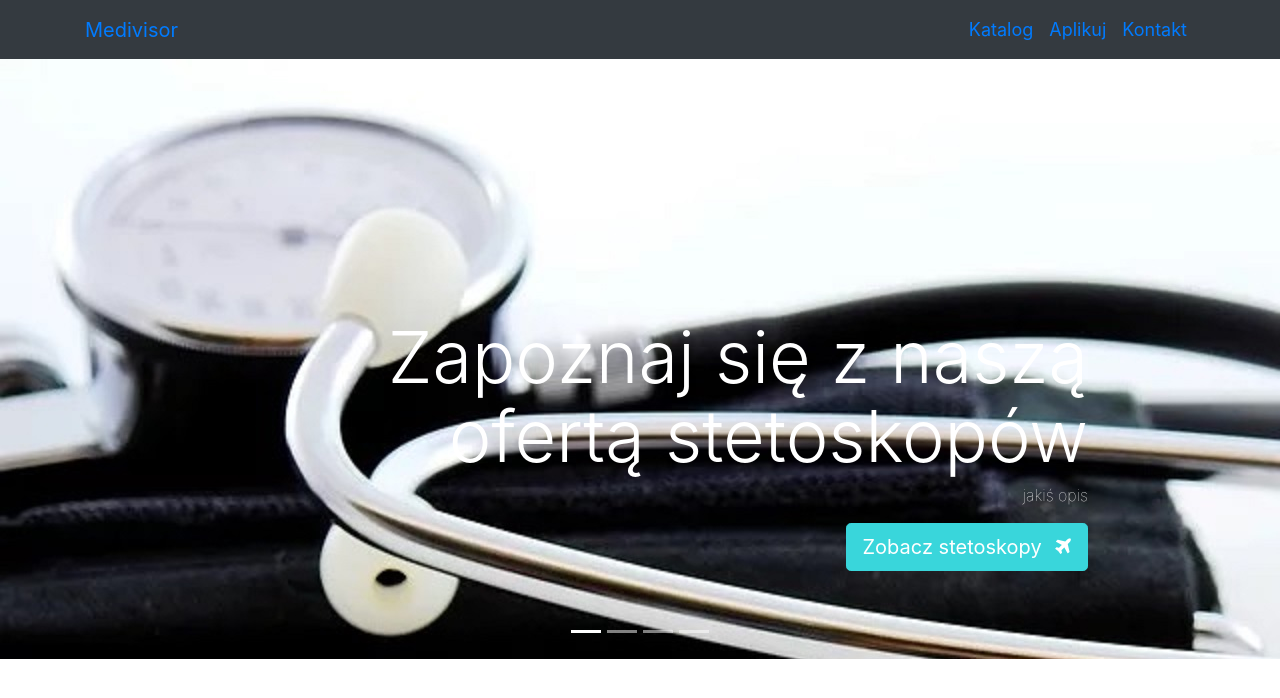
Repository: petrificustotalus/serwisy
Page: src/index.html
These files come from the project's save history. The page is drawn as it stood at one moment and after the next save; the edit follows.
The browser window is 1280 px wide. The pictures show the whole page.

Above is the page before, as saved 2020-05-07 16:33:52.

### src/index.html
<!DOCTYPE html>
<html class="no-js" lang="en">
    <head>
        <meta http-equiv="x-ua-compatible" content="ie=edge">
	    <meta name="viewport" content="width=device-width, initial-scale=1.0" />
        <link rel="stylesheet" href="css/font-awesome.min.css">
        <link rel="stylesheet" href="css/bootstrap.css">
        <link rel="stylesheet" href="css/style.css">
        <title>Medivisor</title>
    </head>

    <body>
        <nav class="navbar navbar-expand-sm navbar-primary bg-dark">
            <div class="container">
                <a href="index.html" class="navbar-brand">Medivisor</a>
                <button class="navbar-toggler" data-toggle="collapse" data-target="#navNavbar"><span class="navbar-toggler-icon"></span></button>
                <div class="collapse navbar-collapse" id="navbarNav">
                    <ul class="navbar-nav ml-auto">
                        <li class="nav-item active">
                            <a href="index.html" class="nav-link">Katalog</a>
                        </li>
                        <li class="nav-item">
                            <a href="flys.html" class="nav-link">Aplikuj</a>
                        </li>
                        <li class="nav-item">
                            <a href="company.html" class="nav-link">Kontakt</a>
                        </li>
                    </ul>
                </div>
            </div>
        </nav>

        <!--SHOWCASE SLIDER-->
        <section id="showcase">
            <div id="someCarousel" class="carousel slide">
                <ol class="carousel-indicators">
                    <li data-target="#someCarousel" data-slide-to="0" class="active"></li>
                    <li data-target="#someCarousel" data-slide-to="1"></li>
                    <li data-target="#someCarousel" data-slide-to="2"></li>
                    <li data-target="#someCarousel" data-slide-to="3"></li>
                </ol>
                <div class="carousel-inner">
                    <div class="carousel-item carousel-image-1 active">
                        <div class="container">
                            <div class="carousel-caption d-none d-sm-block text-right mb-5">
                                <h1 class="display-3">Zapoznaj się z naszą ofertą stetoskopów</h1>
                                <p>jakiś opis</p>
                                <a href="#" class="btn btn-primary btn-lg">Zobacz stetoskopy <i class="fa fa-plane ml-2"></i></a>
                            </div>
                        </div>
                    </div>

                    <div class="carousel-item carousel-image-2">
                        <div class="container">
                            <div class="carousel-caption d-none d-sm-block text-right mb-5">
                                <h1 class="display-3">Zapoznaj się z naszą ofertą ....</h1>
                                <p>jakiś opis</p>
                                <a href="#" class="btn btn-primary btn-lg">Przejdź do oferty <i class="fa fa-plane ml-2"></i></a>
                            </div>
                        </div>
                    </div>

                    <div class="carousel-item carousel-image-3">
                        <div class="container">
                            <div class="carousel-caption d-none d-sm-block text-right mb-5">
                                <h1 class="display-3">Nasza aparatuda do ...</h1>
                                <p>jakiś opis</p>
                                <a href="#" class="btn btn-primary btn-lg">I love it! <i class="fa fa-plane ml-2"></i></a>
                            </div>
                        </div>
                    </div>

                    <div class="carousel-item carousel-image-4">
                        <div class="container">
                            <div class="carousel-caption d-none d-sm-block text-right mb-5">
                                <h1 class="display-3">Coś jeszcze</h1>
                                <p>jakiś opis</p>
                                <a href="#" class="btn btn-primary btn-lg">Let's drink! <i class="fa fa-plane ml-2"></i></a>
                            </div>
                        </div>
                    </div>
                </div>
            </div>
        </section>

        <script src="js/jquery.min.js"></script>
        <script src="js/popper.min.js"></script>
        <script src="js/bootstrap.min.js"></script>
    </body>
</html>

### src/css/style.css
.navbar .nav-link {
  font-size: 18px;
  padding-left: 1em;
  padding-right: 1em; }

.carousel-item {
  height: 600px;
  width: cover; }

#showcase p {
  font-weight: 100;
  font-size: 30pxpx;
  text-shadow: 2px 2px 0 rgba(0, 0, 0, 0.1); }

.carousel-image-1 {
  background-image: url(../image/8.jpg); }

.carousel-image-2 {
  background-image: url(../image/8.jpg); }

.carousel-image-3 {
  background-image: url(../image/8.jpg); }

.carousel-image-4 {
  background-image: url(../image/8.jpg); }

Loaded but not shown: src/css/font-awesome.min.css (library); src/css/bootstrap.css (library); src/js/jquery.min.js (library); src/js/popper.min.js (library); src/js/bootstrap.min.js (library)

After the next save:
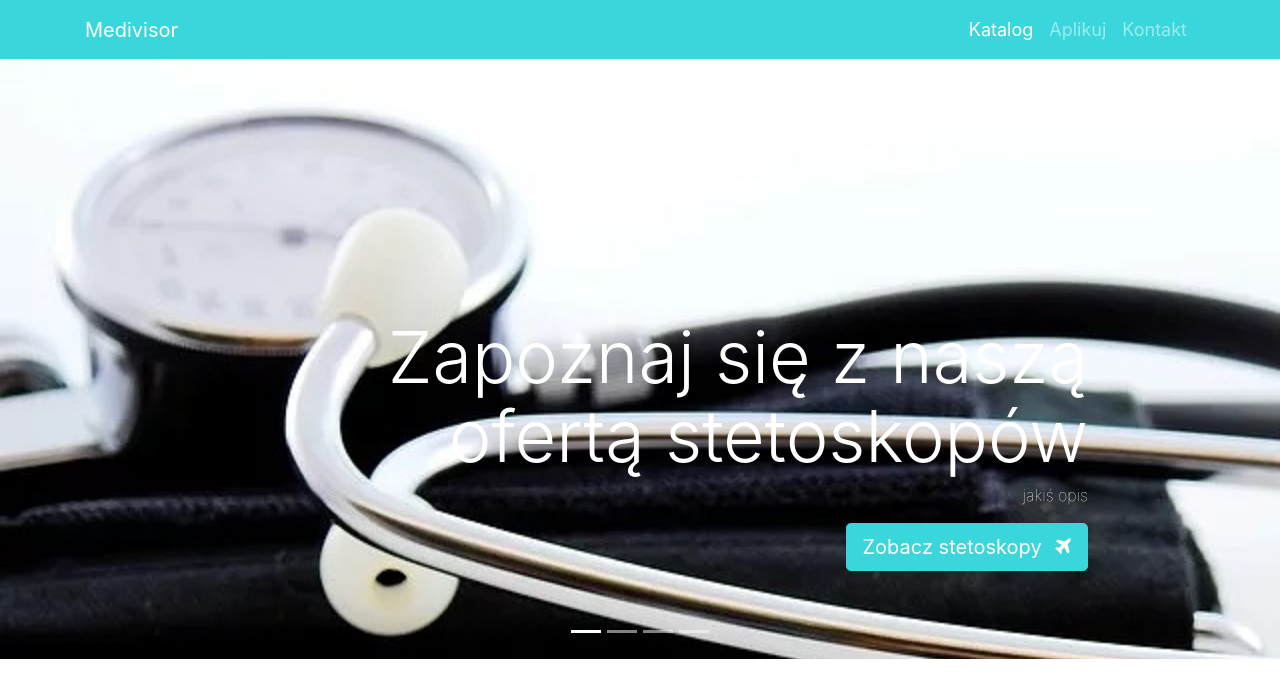
Saved 30 s later.
--- a/src/index.html
+++ b/src/index.html
@@ -10,7 +10,7 @@
     </head>
 
     <body>
-        <nav class="navbar navbar-expand-sm navbar-primary bg-dark">
+        <nav class="navbar navbar-expand-sm navbar-dark bg-primary">
             <div class="container">
                 <a href="index.html" class="navbar-brand">Medivisor</a>
                 <button class="navbar-toggler" data-toggle="collapse" data-target="#navNavbar"><span class="navbar-toggler-icon"></span></button>
